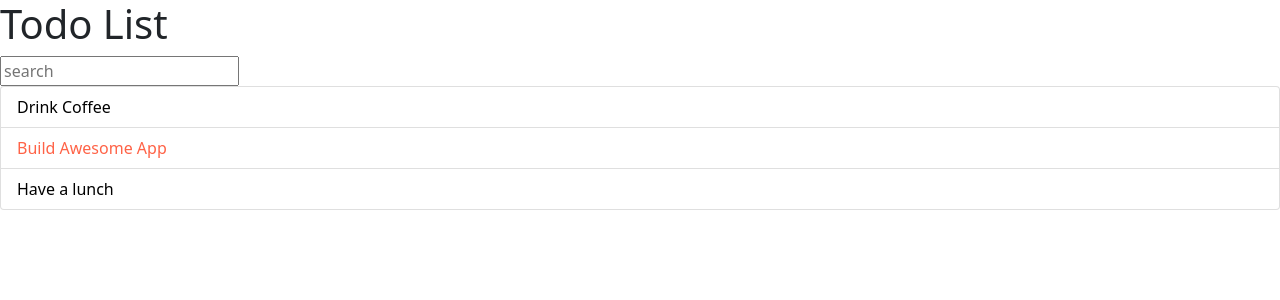
Repository: max535/react-todo-list
Page: /
The author's editor kept a copy of each file at every save. The page is drawn from the files as they stood at one save, then again after the next save.
The browser window is 1280 px wide. The pictures show the whole page.
The project was rebuilt for these pictures with package versions that can differ from the ones it lists, and the page was loaded fresh each time.

Above is the page before, as saved 2022-01-15 23:09:06.

After the next save:
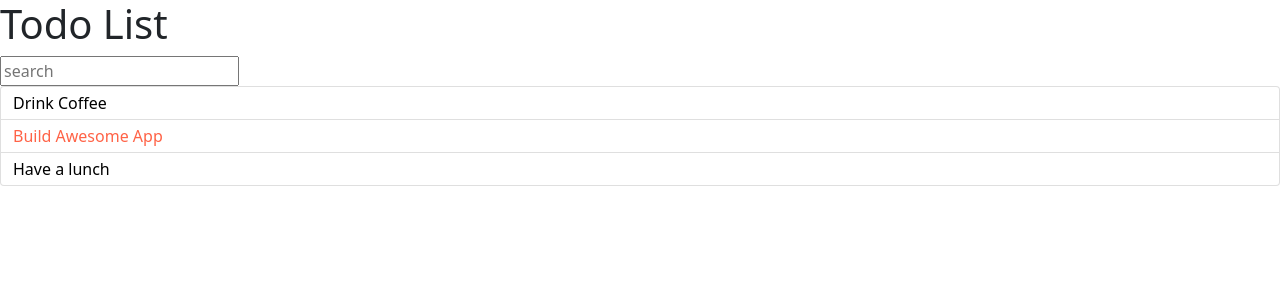
Saved 35 s later.
--- a/src/components/TodoList.jsx
+++ b/src/components/TodoList.jsx
@@ -1,6 +1,8 @@
 import React from 'react';
 
 import { TodoListItem } from './TodoListItem';
+
+import './TodoList.css';
 
 export const TodoList = ({todos}) => {
 
